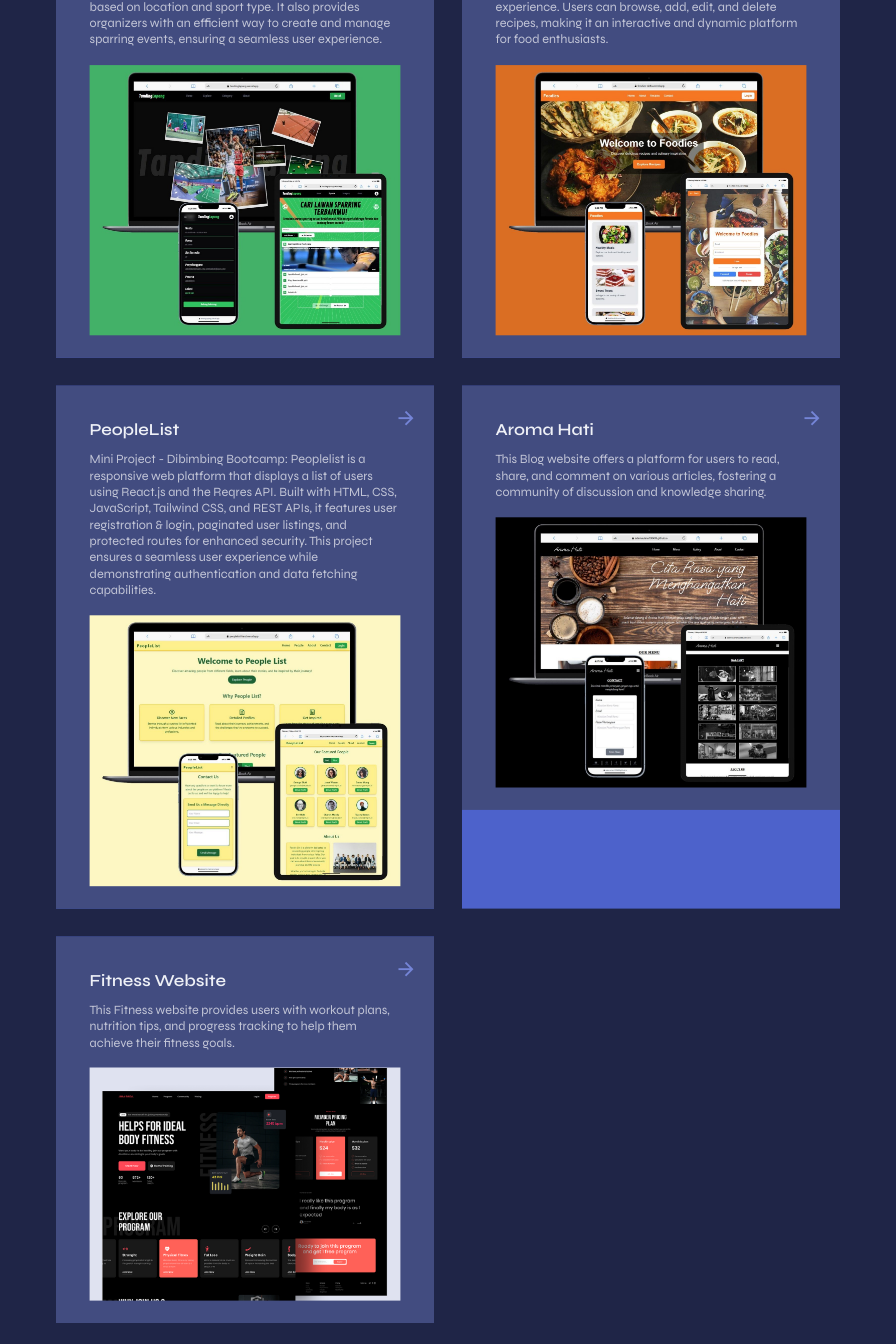
Repository: Ademaulana100499/amgrowth
Page: /
These files come from the project's save history. The page is drawn as it stood at one moment and after the next save; the edit follows.
The browser window is 1280 px wide. The pictures show the part of the page from y = 1140 to 3060 px (the page is 7588 px tall), at 70% of full size.
Some web fonts or font styles are not loaded; a fallback is used. The project was rebuilt for these pictures with package versions that can differ from the ones it lists, and the page was loaded fresh each time. Also part of the build but not shown: vite.config.js.

Above is the page before, as saved 2025-02-19 16:09:53.

### index.html
<!doctype html>
<html lang="en">
  <head>
    <meta charset="UTF-8" />
    <meta name="viewport" content="width=device-width, initial-scale=1.0" />
    <title>AMgrowth</title>
    <link rel="shortcut icon" href="/assets/img/Favicon.png" />
    <link
      href="https://cdn.jsdelivr.net/npm/remixicon/fonts/remixicon.css"
      rel="stylesheet"
    />

    <link
      rel="stylesheet"
      href="https://fonts.googleapis.com/css2?family=Kite+One&family=Oooh+Baby&family=Orelega+One&family=Poppins:ital,wght@0,100;0,200;0,300;0,400;0,500;0,600;0,700;0,800;0,900;1,100;1,200;1,300;1,400;1,500;1,600;1,700;1,800;1,900&family=Syne:wght@400..800&display=swap"
    />
  </head>
    <div id="root"></div>
    <script type="module" src="/src/main.jsx"></script>
    <script src="https://cdn.jsdelivr.net/npm/@emailjs/browser@4/dist/email.min.js"></script>
    <script src="https://unpkg.com/scrollreveal"></script>
  </body>
</html>

### src/App.jsx
import { Header } from "./components/Header";
import { Home } from "./components/Home";
import { Projects } from "./components/Projects";
import { Info } from "./components/Info";
import { Services } from "./components/Services";
import { Contact } from "./components/Contact";
import { Footer } from "./components/Footer";
import { Scroll } from "./components/Scroll";
import { Reveal } from "./components/Reveal";
function App() {
  const logo = {
    name: "AMgrowth",
    imageWhite: "/assets/img/Logo_White.png",
    imageBlack: "/assets/img/Logo_Black.png",
  };
  const navList = ["Home", "Projects", "My Info", "Services", "Contact Me"];
  const imageHome = "/assets/img/Photo.png";
  const imageInfo = "/assets/img/Photo2.png";
  const footerCopy = "© All rights reserved by Ade Maulana";
  const biodata = {
    firstName: "Ade",
    lastName: "Maulana",
    profession: "Front-End Developer",
    description:
      "With a strong passion for web development and a background in Informatics Engineering, I am transitioning into a career as a Front-End Web Developer. Skilled in HTML, CSS, JavaScript, TypeScript, React.js, and Next.js, I specialize in building responsive, high-performance, and user-friendly web applications. Experienced in UI/UX principles, state management, API integration, and website optimization, I am committed to continuous learning and delivering modern, efficient web solutions",
    cv: "/assets/pdf/CV Ade Maulana.pdf",
  };
  const projects = [
    {
      id: 1,
      title: "TandingLapang",
      description:
        "Final Project - Dibimbing Bootcamp: Tanding Lapang is a platform designed to simplify the search for sparring partners and the organization of sparring events across various sports. Built using HTML, CSS, JavaScript, Tailwind CSS, React.js, and Next.js, this project connects athletes and sports enthusiasts with sparring partners based on location and sport type. It also provides organizers with an efficient way to create and manage sparring events, ensuring a seamless user experience.",
      image: "/assets/img/tandinglapang.jpg",
    },
    {
      id: 2,
      title: "Foodies",
      description:
        "Mini Project - Dibimbing Bootcamp: Foodies is a recipe website that implements CRUD functionality (Create, Read, Update, Delete) using Next.js, TypeScript, Tailwind CSS, HTML, and CSS. This project features API integration, user authentication, and server-side rendering (SSR) to enhance performance, SEO, and user experience. Users can browse, add, edit, and delete recipes, making it an interactive and dynamic platform for food enthusiasts.",
      image: "/assets/img/foodies.jpg",
    },
    {
      id: 3,
      title: "PeopleList",
      description:
        "Mini Project - Dibimbing Bootcamp: Peoplelist is a responsive web platform that displays a list of users using React.js and the Reqres API. Built with HTML, CSS, JavaScript, Tailwind CSS, and REST APIs, it features user registration & login, paginated user listings, and protected routes for enhanced security. This project ensures a seamless user experience while demonstrating authentication and data fetching capabilities.",
      image: "/assets/img/peoplelist.jpg",
    },
    {
      id: 4,
      title: "Aroma Hati",
      description:
        "This Blog website offers a platform for users to read, share, and comment on various articles, fostering a community of discussion and knowledge sharing.",
      image: "/assets/img/aromahati.jpg",
    },
    {
      id: 5,
      title: "Fitness Website",
      description:
        "This Fitness website provides users with workout plans, nutrition tips, and progress tracking to help them achieve their fitness goals.",
      image: "/assets/img/fittnes web.avif",
    },
  ];
  const experience = [
    {
      id: 1,
      company: "PT. Victory Chingluh Indonesia",
      profession: "Shipping Officer",
      date: "12/2018 - 07/2024",
      description:
        "Experienced in managing delivery orders with high accuracy using Excel, monitoring stock through SAP, and improving operational efficiency and delivery coordination, with skills in logistics management, inventory, and effective communication.",
    },
    {
      id: 2,
      company: "PT Midi Utama Indonesia, Tbk",
      profession: "Sales Assistant",
      date: "06/2018 - 12/2018",
      description:
        "Experienced in delivering excellent customer service, providing clear product information, and staying updated on new products and promotions to boost customer satisfaction and engagement. Skilled in promoting products and exceeding sales targets through proactive interactions and recommendations, with a focus on teamwork and adaptability.",
    },
    {
      id: 3,
      company: "CV Radjawali",
      profession: "Printing Operator",
      date: "07/2017 - 05/2018",
      description:
        "Experienced in accurately preparing print files, ensuring consistent print quality, and reducing the need for reprints. Skilled in maintaining printing machines to enhance operational efficiency, minimize downtime, and boost productivity.",
    },
  ];
  const education = [
    {
      id: 1,
      university: "Dibimbing.id Bootcamp",
      major: "Front-End Web Development",
      date: "09/2024 - 02/2025",
      description:
        "Learning HTML, CSS, JavaScript, and TypeScript, and utilizing React.js and Next.js to build responsive and high-performance user interfaces. Experienced in UI/UX design slicing, website optimization, and problem-solving algorithms. Skilled in team collaboration using Git/GitHub and committed to continuous learning and staying updated with the latest web technologies.",
    },
    {
      id: 2,
      university: "Institut Teknologi dan Bisnis Bina Sarana Global",
      major: "Informatics Engineering",
      date: "09/2020 - 11/2024",
      description:
        "Studied Informatics Engineering, covering software development, algorithms, data structures, databases, system design, cybersecurity, and AI. Gained expertise in computing principles, system analysis, and application optimization. Experienced in Agile and Scrum methodologies, web development frameworks, UI/UX design, data processing, and problem-solving using algorithms and programming logic.",
    },
  ];
  const skills = [
    {
      id: 1,
      skill: "HTML",
      image: "/assets/img/html.svg",
    },
    {
      id: 2,
      skill: "CSS",
      image: "/assets/img/css.svg",
    },
    {
      id: 3,
      skill: "JavaScript",
      image: "/assets/img/javascript.svg",
    },
    {
      id: 4,
      skill: "React",
      image: "/assets/img/react.svg",
    },
    {
      id: 5,
      skill: "Next.js",
      image: "/assets/img/nextjs.svg",
    },
    {
      id: 6,
      skill: "Git",
      image: "/assets/img/git.svg",
    },
    {
      id: 7,
      skill: "GitHub",
      image: "/assets/img/github.svg",
    },
    {
      id: 8,
      skill: "Tailwind",
      image: "/assets/img/tailwind.png",
    },
    {
      id: 9,
      skill: "Bootstrap",
      image: "/assets/img/bootstrap.png",
    },
    {
      id: 10,
      skill: "Figma",
      image: "/assets/img/figma.svg",
    },
  ];

  const services = [
    {
      id: 1,
      title: "Web Development",
      icon: "ri-code-s-slash-line",
      description:
        "Building functional, secure, and user-friendly websites with features tailored to user needs.",
    },
    {
      id: 2,
      title: "Web Design",
      icon: "ri-pencil-ruler-2-line",
      description:
        "Designing visually appealing and professional website layouts that reflect the brand identity and provide an engaging visual experience.",
    },
    {
      id: 3,
      title: "Responsive Web Design",
      icon: "ri-layout-2-line",
      description:
        "Creating responsive websites compatible across various devices, ensuring an optimal user experience on desktops, tablets, and smartphones.",
    },
  ];
  const socialMedia = [
    {
      id: 1,
      name: "github",
      icon: "ri-github-line",
      link: "https://github.com/Ademaulana100499",
    },
    {
      id: 2,
      name: "linkedin",
      icon: "ri-linkedin-box-line",
      link: "https://www.linkedin.com/in/ademaulana-/",
    },
    {
      id: 3,
      name: "instagram",
      icon: "ri-instagram-line",
      link: "https://www.instagram.com/ade_maulana._/",
    },
  ];

  return (
    <div>
      <Header logo={logo} navList={navList} />
      <main>
        <Home imageHome={imageHome} biodata={biodata} />
        <Projects projects={projects} />
        <Info
          imageInfo={imageInfo}
          biodata={biodata}
          experience={experience}
          skills={skills}
          education={education}
        />
        <Services services={services} />
        <Contact socialMedia={socialMedia} />
        <Footer navList={navList} footerCopy={footerCopy} />
      </main>
      <Scroll />
      <Reveal />
    </div>
  );
}

export default App;

### src/components/Home/index.jsx
import "./style.css";
export const Home = (props) => {
  const { imageHome, biodata } = props;
  return (
    <section className="home section" id="home">
      <div className="container grid home__container">
        <img
          id="image_home"
          src={imageHome}
          alt="image"
          className="home__img"
        />
        <div className="home__data">
          <h1 className="home__name">
            {biodata.firstName} <br /> {biodata.lastName}
          </h1>
          <h3 className="home__profession">{biodata.profession}</h3>
        </div>
        <a href="#projects" className="home__scroll">
          <div className="home__scroll-box">
            <i className="ri-arrow-down-line"></i>
          </div>
          <span className="home__scroll-text">Recent Project</span>
        </a>
      </div>
    </section>
  );
};

### src/components/Projects/index.jsx
import "./style.css";
export const Projects = (props) => {
  const { projects } = props;
  return (
    <section className="projects section" id="projects">
      <h2 className="section__title">RECENT PROJECT</h2>
      <div className="grid container projects__container">
        {projects.map((item) => (
          <article className="project__card" key={item.id}>
            <a
              href={item.link}
              target="_blank"
              className="project__overlay"
            ></a>
            <a href={item.link} target="_blank" className="project__link">
              <h2 className="project__title">{item.title}</h2>
              <p className="project__description">{item.description}</p>
              <img src={item.image} alt="image" className="project__img" />
              <i className="ri-arrow-right-line"> </i>
            </a>
          </article>
        ))}
      </div>
    </section>
  );
};

### src/components/Services/index.jsx
import "./style.css";
export const Services = (props) => {
  const { services } = props;
  return (
    <section className="services section" id="services">
      <h2 className="section__title">SERVICES</h2>
      <div className="container grid services__container">
        {services.map((item) => (
          <article className="services__card" key={item.id}>
            <i className={`services__icon ${item.icon}`}></i>
            <h3 className="services__title">{item.title}</h3>
            <p className="services__description">{item.description}</p>
          </article>
        ))}
      </div>
    </section>
  );
};

### src/components/Footer/index.jsx
import "./style.css";
export const Footer = (props) => {
  const { navList, footerCopy } = props;
  return (
    <footer className="footer" id="footer">
      <div className="container grid footer__container">
        <ul className="footer__links">
          <li>
            <a href="#home" className="footer__link">
              {navList[0]}
            </a>
          </li>
          <li>
            <a href="#projects" className="footer__link">
              {navList[1]}
            </a>
          </li>
          <li>
            <a href="#my info" className="footer__link">
              {navList[2]}
            </a>
          </li>
        </ul>
        <span className="footer__copy">{footerCopy}</span>
      </div>
    </footer>
  );
};

### src/components/Scroll/index.jsx
import React, { useEffect } from "react";
import "./style.css";

export const Scroll = () => {
  useEffect(() => {
    const scrollUp = () => {
      const scrollUp = document.getElementById("scroll-up");
      if (window.scrollY >= 350) {
        scrollUp.classList.add("show-scroll");
      } else {
        scrollUp.classList.remove("show-scroll");
      }
    };
    window.addEventListener("scroll", scrollUp);
    return () => {
      window.removeEventListener("scroll", scrollUp);
    };
  }, []);

  return (
    <a href="#" className="scrollup" id="scroll-up">
      <i className="ri-arrow-up-line"></i>
    </a>
  );
};

### src/components/Reveal/index.jsx
import React, { useEffect } from "react";

export const Reveal = () => {
  useEffect(() => {
    const sr = ScrollReveal({
      origin: "top",
      distance: "60px",
      duration: 2500,
      delay: 400,
    });

    sr.reveal(".home__data, .experience, .skills, .contact__container");
    sr.reveal(".home__img", { delay: 500 });
    sr.reveal(".home__scroll", { delay: 700 });
    sr.reveal(".project__card, .services__card", { interval: 100 });
    sr.reveal(".about__content", { origin: "right" });
    sr.reveal(".about__img", { origin: "left" });

    return () => {
      sr.destroy();
    };
  }, []);
  return <div></div>;
};

### src/components/Theme/index.jsx
import React, { useState, useEffect } from "react";
import "./style.css";

const Theme = ({ logo, setLogoSrc }) => {
  const [isLightMode, setIsLightMode] = useState(false);

  useEffect(() => {
    const savedTheme = localStorage.getItem("lightmode");
    if (savedTheme === "active") {
      setIsLightMode(true);
    } else {
      setIsLightMode(false);
    }
  }, []);

  useEffect(() => {
    if (isLightMode) {
      document.body.classList.add("lightmode");
      localStorage.setItem("lightmode", "active");
      setLogoSrc(logo.imageBlack);
    } else {
      document.body.classList.remove("lightmode");
      localStorage.setItem("lightmode", null);
      setLogoSrc(logo.imageWhite);
    }
  }, [isLightMode, logo.imageBlack, logo.imageWhite, setLogoSrc]);

  const toggleTheme = () => {
    setIsLightMode((prevMode) => !prevMode);
  };

  return (
    <button
      id="theme-switch"
      className="theme-switch"
      onClick={toggleTheme}
      style={{ cursor: "pointer" }}
    >
      {isLightMode ? (
        <i className="ri-moon-line"></i>
      ) : (
        <i className="ri-sun-line"></i>
      )}
    </button>
  );
};

export default Theme;

### src/components/Projects/style.css
/* Projects */
.projects {
  background-color: var(--container-color);
}
.project__card {
  background-color: var(--first-color);
}
.project__img {
  width: 100%;
}
.project__link {
  display: block;
  position: relative;
  background-color: var(--body-color);
  padding: 2rem 1.5rem 1.5rem 1.5rem;
  color: var(--text-color);
  transition: transform 0.4s;
}
.project__title {
  font-size: var(--h3-font-size);
  margin-bottom: 0.75rem;
}

.project__description {
  margin-bottom: 1.5rem;
}
.project__link i {
  position: absolute;
  top: 1.8rem;
  right: 1.5rem;
  font-size: 1.5rem;
  color: var(--first-color-light);
  transition: transform 0.4s;
}
.project__link:hover {
  transform: translateY(-0.35rem);
}

.project__link:hover i {
  transform: translateX(0.5rem);
}

/* BREAKPOINTS */

/* For medium devices */
@media screen and (min-width: 540px) {
  .projects__container {
    grid-template-columns: 350px;
    justify-content: center;
  }
}

@media screen and (min-width: 768px) {
  .projects__container {
    grid-template-columns: repeat(2, 390px);
  }
}

/* for large devices */
@media screen and (min-width: 1150px) {
  .section__title {
    margin-bottom: 4rem;
  }
  .projects__container {
    grid-template-columns: repeat(2, 540px);
    gap: 2.5rem;
  }
  .project__link {
    padding: 3rem 3rem 2rem;
  }
  .project__title {
    font-size: var(--h2-font-size);
    margin-bottom: 1rem;
  }
  .project__link i {
    font-size: 2rem;
  }
}

### src/components/Services/style.css
/* SERVICES */
.services {
  background-color: var(--container-color);
}
.services__container {
  row-gap: 2rem;
}

.services__icon {
  display: block;
  color: var(--first-color-light);
  font-size: 2rem;
  margin-bottom: 1dvb;
}

.services__title {
  font-size: var(--h3-font-size);
  margin-bottom: 0.75rem;
}

/* BREAKPOINTS */

/* For small devices */
@media screen and (max-width: 300px) {
  .container {
    margin-inline: 1rem;
  }
}

/* For medium devices */
@media screen and (min-width: 540px) {
  .services__container {
    grid-template-columns: 350px;
    justify-content: center;
  }
}

@media screen and (min-width: 768px) {
  .services__container {
    grid-template-columns: repeat(2, 320px);
  }
}

/* for large devices */
@media screen and (min-width: 1150px) {
  .container {
    margin-inline: auto;
  }
  .section {
    padding-block: 7rem 5rem;
  }
  .section__title {
    margin-bottom: 4rem;
  }

  .services__container {
    grid-template-columns: repeat(2, 350px);
    gap: 6rem 13rem;
  }
  .services__icon {
    font-size: 2.5rem;
    margin-bottom: 1.5rem;
  }
}

### src/components/Footer/style.css
/* FOOTER */
.footer {
  background-color: var(--container-color);
}

.footer__container {
  row-gap: 3rem;
  padding-block: 3rem 2rem;
}

.footer__links {
  display: flex;
  justify-content: center;
  column-gap: 2.5rem;
}
.footer__link {
  font-weight: var(--font-semi-bold);
  color: var(--title-color);
  transition: color 0.4s;
}
.footer__link:hover {
  color: var(--first-color-light);
}
.footer__copy {
  font-size: var(--small-font-size);
  color: var(--title-color);
  text-align: center;
}

/* BREAKPOINTS */

/* For small devices */
@media screen and (max-width: 300px) {
  .container {
    margin-inline: 1rem;
  }
}

/* for large devices */
@media screen and (min-width: 1150px) {
  .container {
    margin-inline: auto;
  }
  .section {
    padding-block: 7rem 5rem;
  }

  .footer__container {
    padding-block: 3rem;
    grid-template-columns: repeat(2, max-content);
    justify-content: space-between;
  }
  .footer__links {
    column-gap: 4rem;
    order: 1;
  }
  .scrollup {
    right: 3rem;
  }
}

### src/components/Scroll/style.css
/* SCROLL BAR */
::-webkit-scrollbar {
  width: 0.6rem;
  background-color: hsl(var(--hue), 20%, 20%);
}
::-webkit-scrollbar-thumb {
  background-color: hsl(var(--hue), 20%, 30%);
}
::-webkit-scrollbar-thumb:hover {
  background-color: hsl(var(--hue), 20%, 40%);
}

/* SCROLL UP */
.scrollup {
  position: fixed;
  right: 1rem;
  bottom: -50%;
  background-color: var(--container-color);
  padding: 6px;
  color: var(--title-color);
  display: inline-flex;
  font-size: 1.25rem;
  box-shadow: 0 4px 12px hsla(var(--hue), 30%, 8%, 0.3);
  z-index: var(--z-tooltip);
  transition: bottom 0.4s, transform 0.4s;
}
.scrollup:hover {
  transform: translateY(-0.5rem);
}

/* SHOW SCROLL */
.show-scroll {
  bottom: 3rem;
}

/* BREAKPOINTS */

@media screen and (min-width: 1150px) {
  .scrollup {
    right: 3rem;
  }
}

### src/components/Theme/style.css
#theme-switch {
  height: 30px;
  width: 30px;
  border-radius: 50%;
  background-color: var(--first-color-light);
  display: flex;
  justify-content: center;
  align-items: center;
}
#theme-switch:hover {
  cursor: pointer;
}
#theme-switch i {
  fill: var(--body-color);
  color: var(--text-color);
}

Loaded but not shown: src/main.jsx (common file); src/components/Header/style.css (313 lines, source omitted); src/components/Info/style.css (186 lines, source omitted); src/index.css (154 lines, source omitted); src/components/Info/index.jsx (71 lines, source omitted); src/components/Header/index.jsx (90 lines, source omitted); src/components/Home/style.css (132 lines, source omitted); src/components/Contact/index.jsx (82 lines, source omitted); src/components/Contact/style.css (119 lines, source omitted)

After the next save:
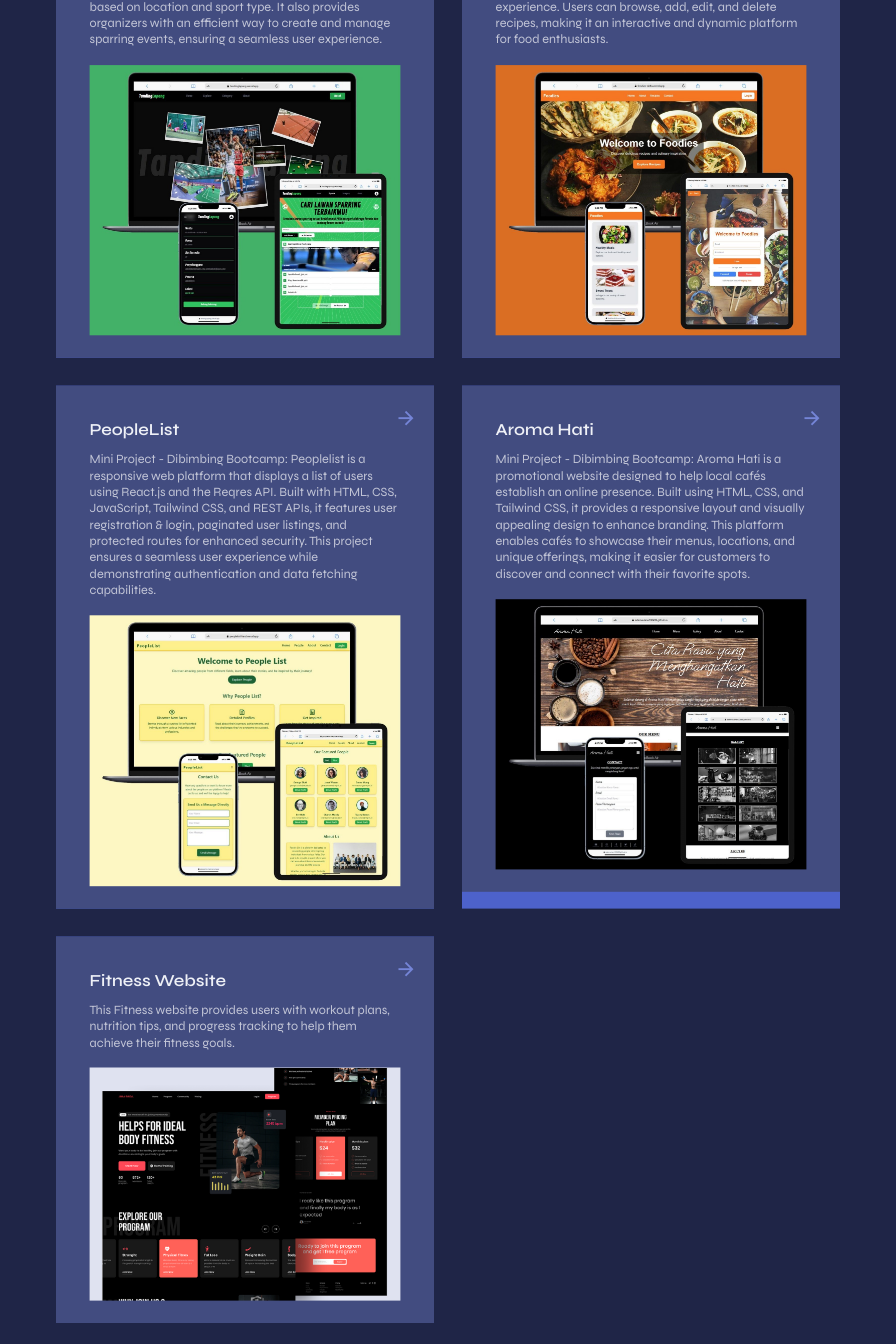
Saved 2 min 38 s later.
--- a/src/App.jsx
+++ b/src/App.jsx
@@ -51,7 +51,7 @@
       id: 4,
       title: "Aroma Hati",
       description:
-        "This Blog website offers a platform for users to read, share, and comment on various articles, fostering a community of discussion and knowledge sharing.",
+        "Mini Project - Dibimbing Bootcamp: Aroma Hati is a promotional website designed to help local cafés establish an online presence. Built using HTML, CSS, and Tailwind CSS, it provides a responsive layout and visually appealing design to enhance branding. This platform enables cafés to showcase their menus, locations, and unique offerings, making it easier for customers to discover and connect with their favorite spots.",
       image: "/assets/img/aromahati.jpg",
     },
     {
